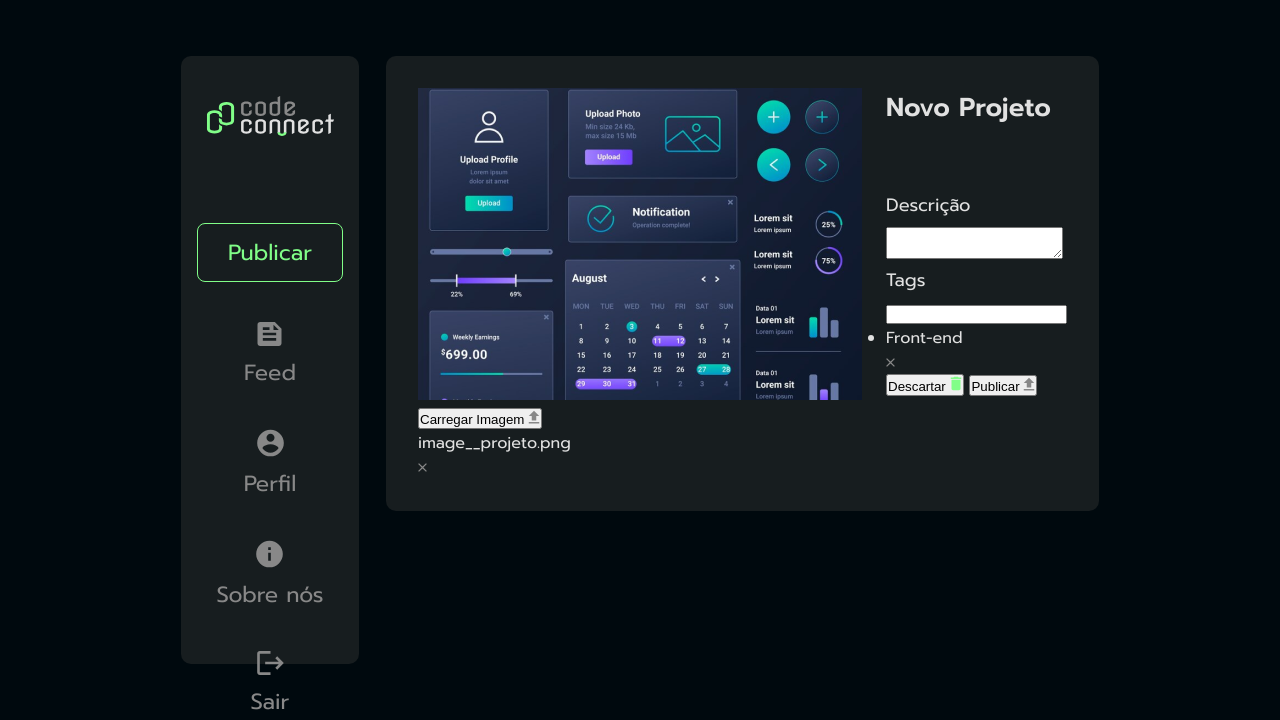
Repository: joaoPraiaJunior/async_await
Page: index.html
An editor plug-in stored every save of this project. The page is shown before and after the next save, followed by the edit.
The browser window is 1280 px wide. The pictures show the whole page.

Above is the page before, as saved 2024-08-24 19:23:54.

### index.html
<!DOCTYPE html>
<html lang="pt-BR" dir="ltr">

<head>
    <meta charset="UTF-8">
    <meta name="viewport" content="width=device-width, initial-scale=1.0">
    <meta name="description" content="Projeto Async Await">
    <link rel="preconnect" href="https://fonts.googleapis.com">
    <link rel="preconnect" href="https://fonts.gstatic.com" crossorigin>
    <link href="https://fonts.googleapis.com/css2?family=Prompt:ital,wght@0,100;0,200;0,300;0,400;0,500;0,600;0,700;0,800;0,900;1,100;1,200;1,300;1,400;1,500;1,600;1,700;1,800;1,900&display=swap" rel="stylesheet">
    <link rel="stylesheet" href="./css/styles.css">
    <title>CodeConnect</title>
</head>

<body>

    <aside class="l-lateral">
        <figure><img src="./img/Logo.svg" alt="Logo do codeconnect"></figure>
        <nav class="c-menu">
            <ul class="c-menu__lista">
                <li class="c-menu__item"><a href="#" class="c-menu__link">Publicar</a></li>
                <li class="c-menu__item"><a href="#" class="c-menu__link"><img src="./img/feed.svg" aria-hidden="true" alt>Feed</a></li>
                <li class="c-menu__item"><a href="#" class="c-menu__link"><img src="./img/account_circle.svg" aria-hidden="true" alt>Perfil</a></li>
                <li class="c-menu__item"><a href="#" class="c-menu__link"><img src="./img/info.svg" aria-hidden="true" alt>Sobre nós</a></li>
                <li class="c-menu__item"><a href="#" class="c-menu__link"><img src="./img/logout.svg" aria-hidden="true" alt>Sair</a></li>
            </ul>
        </nav>
    </aside>

    <main class="l-principal">
        <div class="c-upload-imagem">
            <div class="c-upload-imagem__container">
                <figure class="c-upload-imagem__publicacao">
                    <img src="./img/imagem1.png" alt>
                </figure>
            </div>
            <button class="c-upload-imagem__botao" aria-label="carregar imagem">Carregar Imagem <img src="./img/upload.svg" aria-hidden="true" alt></button>
            <div class="c-upload-imagem__descricao">
                <p>image__projeto.png</p>
                <img src="./img/close.svg" aria-hidden="true" alt>
            </div>
        </div>

        <div class="c-formulario">
            <h2 class="c-formulario__titulo">Novo Projeto</h2>
            <form class="c-formulario__acoes">
                <div class="c-formulario__grupo">
                    <label for="Descricao">Descrição</label>
                    <textarea name="descricao" id="descricao">
                    </textarea>
                </div>

                <div class="c-formulario__grupo">
                    <label for="Tags">Tags</label>
                    <input type="text" name="tags" id="tags">
                </div>

                <ul class="c-formulario__lista-tags">
                    <li>
                        <p>Front-end</p>
                        <img src="./img/close.svg" alt>
                    </li>
                </ul>

                <div class="c-formulario__grupo">
                    <button class="c-formulario__botao">Descartar <img src="./img/trash.svg" aria-hidden="true" alt></button>
                    <button class="c-formulario__botao">Publicar <img src="./img/upload.svg" aria-hidden="true" alt></button>
                </div>
            </form>
        </div>
    </main>

    <script src="./js/scripts.js"></script>
</body>

</html>

### css/styles.css
:root {
  /* Cores */
  --background-color: #00090e;
  --cor-do-texto: #e1e1e1;
  --cor-primaria: #81fe88;
  --cor-secundaria: #888888;
  --cor-da-tag: #171d1f;
  --componentes-do-background: #171d1f;

  /* Fontes */
  --fonte-padrao: "Prompt", sans-serif;
}

* {
  margin: 0;
  padding: 0;
  box-sizing: border-box;
}

html {
  font-size: 62.5%;
}

body {
  display: flex;
  justify-content: center;
  align-items: start;
  gap: 2.7rem;
  font-family: var(--fonte-padrao);
  font-size: 1.6rem;
  background-color: var(--background-color);
  color: var(--cor-do-texto);
  padding: 5.6rem 0;
  height: 100vh;
}

.l-lateral {
  text-align: center;
  background-color: var(--componentes-do-background);
  border-radius: 1.0rem;
  padding: 4.0rem 1.6rem;
  height: 100%;
}

.c-menu__lista {
    display: flex;
    flex-direction: column;
    align-items: center;
    gap: 4.0rem;
    margin-top: 8.0rem;
    list-style-type: none;
}

.c-menu__link {
    display: flex;
    flex-direction: column;
    align-items: center;
    gap: 1.0rem;
    font-size: 2.2rem;
    text-decoration: none;
    color: var(--cor-secundaria);
}

.c-menu__lista li:first-of-type a {
    color: var(--cor-primaria);
    border: .1rem solid var(--cor-primaria);
    border-radius: .8rem;
    padding: 1.2rem 3.0rem;
}


.l-principal {
    display: flex;
    gap: 2.4rem;
    background-color: var(--componentes-do-background);
    border-radius: 1.0rem;
    padding: 3.2rem;
}

.c-formulario {
    display: flex;
    flex-direction: column;
    gap: 2.4rem;
}

.c-formulario__titulo {
    font-size: 2.6rem;
    font-weight: 600;
    margin-bottom: 4.0rem;
}

.c-formuario__acoes {
    display: flex;
    flex-direction: column;
    gap: 2.4rem;
}

.c-formulario__grupo label {
    display: block;
    font-size: 1.8rem;
    font-weight: 400;
    margin-bottom: .8rem;
}

Loaded but not shown: js/scripts.js (no copy from this time; the picture is the same without it)

After the next save:
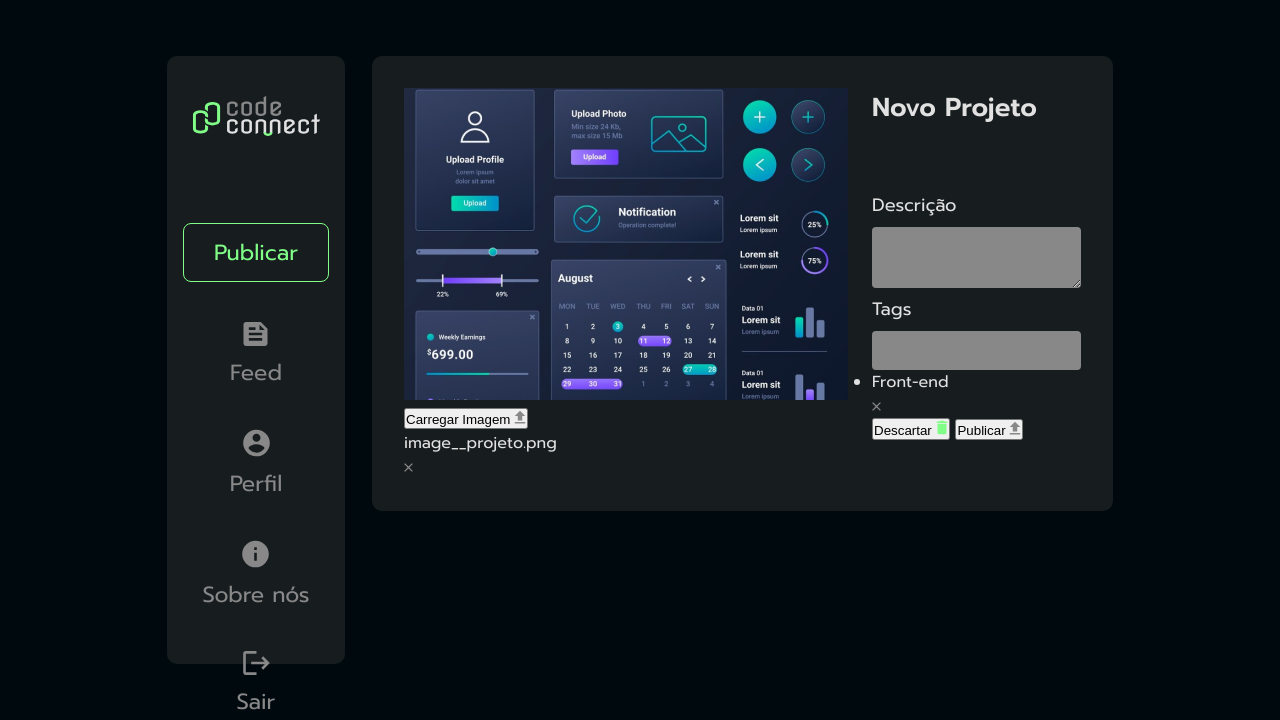
Saved 2 min 48 s later.
--- a/css/styles.css
+++ b/css/styles.css
@@ -101,3 +101,13 @@ body {
     font-weight: 400;
     margin-bottom: .8rem;
 }
+
+.c-formulario__grupo input, textarea {
+    background-color: var(--cor-secundaria);
+    font-family: var(--fonte-padrao);
+    line-height: 2.25rem;
+    border: none;
+    border-radius: .4rem;
+    padding:.8rem 1.6rem;
+    width: 100%;
+}
